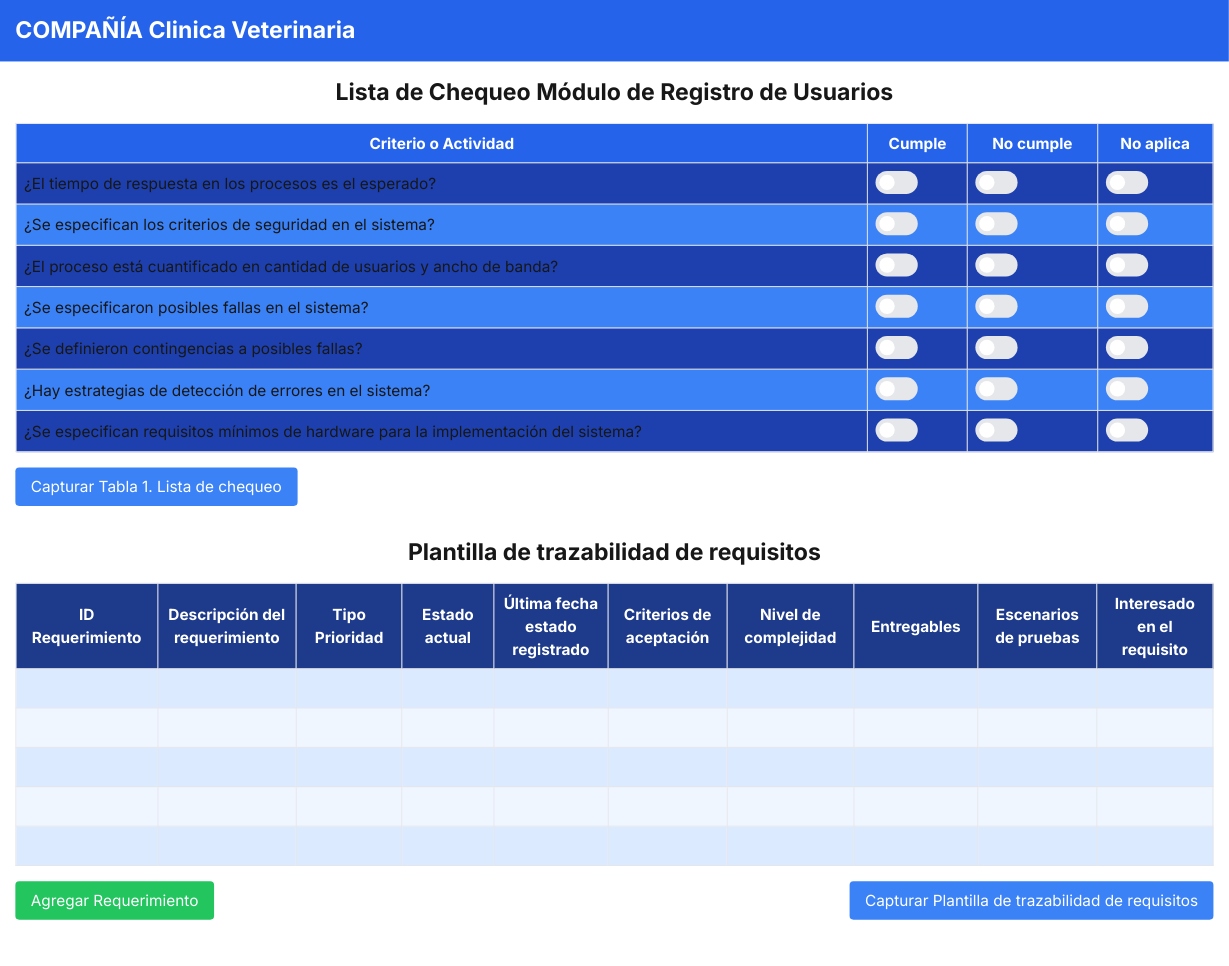
Repository: CiroAlfa/lista-de-Chequeo
Page: /
The author's editor kept a copy of each file at every save. The page is drawn from the files as they stood at one save, then again after the next save.
The browser window is 1280 px wide. The pictures show the whole page, at 96% of full size.
The project was rebuilt for these pictures with package versions that can differ from the ones it lists, and the page was loaded fresh each time. The framework's server and built-in components were replaced by stand-ins that run in the browser. Also part of the build but not shown: next.config.mjs.

Above is the page before, as saved 2024-09-27 13:14:40.

### src/app/layout.tsx
import './globals.css'
import type { Metadata } from 'next'
import { Inter } from 'next/font/google'

const inter = Inter({ subsets: ['latin'] })

export const metadata: Metadata = {
  title: 'Checklist App - Clinica Veterinaria',
  description: 'Aplicación de chequeo y trazabilidad de requisitos',
}

export default function RootLayout({
  children,
}: {
  children: React.ReactNode
}) {
  return (
    <html lang="es">
      <body className={inter.className}>
        <header className="bg-blue-600 text-white p-4">
          <h1 className="text-2xl font-bold">COMPAÑÍA Clinica Veterinaria</h1>
        </header>
        {children}
      </body>
    </html>
  )
}

### src/app/page.tsx
'use client'

import { useState } from 'react'
import { Switch } from '@headlessui/react'
import html2canvas from 'html2canvas'

interface ChecklistItem {
  id: number
  criteria: string
  cumple: boolean
  noCumple: boolean
  noAplica: boolean
}

interface RequirementItem {
  id: string
  description: string
  priority: string
  status: string
  lastUpdated: string
  acceptanceCriteria: string
  complexity: string
  deliverables: string
  testScenarios: string
  stakeholder: string
}

const initialChecklist: ChecklistItem[] = [
  { id: 1, criteria: '¿El tiempo de respuesta en los procesos es el esperado?', cumple: false, noCumple: false, noAplica: false },
  { id: 2, criteria: '¿Se especifican los criterios de seguridad en el sistema?', cumple: false, noCumple: false, noAplica: false },
  { id: 3, criteria: '¿El proceso está cuantificado en cantidad de usuarios y ancho de banda?', cumple: false, noCumple: false, noAplica: false },
  { id: 4, criteria: '¿Se especificaron posibles fallas en el sistema?', cumple: false, noCumple: false, noAplica: false },
  { id: 5, criteria: '¿Se definieron contingencias a posibles fallas?', cumple: false, noCumple: false, noAplica: false },
  { id: 6, criteria: '¿Hay estrategias de detección de errores en el sistema?', cumple: false, noCumple: false, noAplica: false },
  { id: 7, criteria: '¿Se especifican requisitos mínimos de hardware para la implementación del sistema?', cumple: false, noCumple: false, noAplica: false },
]

const initialRequirements: RequirementItem[] = Array(5).fill(null).map((_, index) => ({
  id: ``,
  description: '',
  priority: '',
  status: '',
  lastUpdated: '',
  acceptanceCriteria: '',
  complexity: '',
  deliverables: '',
  testScenarios: '',
  stakeholder: '',
}))

export default function Home() {
  const [checklist, setChecklist] = useState<ChecklistItem[]>(initialChecklist)
  const [requirements, setRequirements] = useState<RequirementItem[]>(initialRequirements)

  const handleChecklistChange = (id: number, field: 'cumple' | 'noCumple' | 'noAplica') => {
    setChecklist(checklist.map(item => {
      if (item.id === id) {
        const newItem = { ...item, [field]: !item[field] }
        if (newItem[field]) {
          newItem.cumple = field === 'cumple'
          newItem.noCumple = field === 'noCumple'
          newItem.noAplica = field === 'noAplica'
        }
        return newItem
      }
      return item
    }))
  }

  const handleRequirementChange = (id: string, field: keyof RequirementItem, value: string) => {
    setRequirements(requirements.map(item =>
      item.id === id ? { ...item, [field]: value } : item
    ))
  }

  const addRequirement = () => {
    const newId = `REQ00${requirements.length + 1}`
    setRequirements([...requirements, {
      id: newId,
      description: '',
      priority: '',
      status: '',
      lastUpdated: '',
      acceptanceCriteria: '',
      complexity: '',
      deliverables: '',
      testScenarios: '',
      stakeholder: '',
    }])
  }

  const captureScreenshot = async (elementId: string, fileName: string) => {
    const element = document.getElementById(elementId)
    if (element) {
      const canvas = await html2canvas(element)
      const image = canvas.toDataURL('image/png')
      const link = document.createElement('a')
      link.href = image
      link.download = fileName
      link.click()
    }
  }

  return (
    <main className="container mx-auto p-4">
      <div className="mb-8" id="checklist-table">
        <h2 className="text-2xl font-bold mb-4 text-center">Lista de Chequeo Módulo de Registro de Usuarios</h2>
        <table className="w-full border-collapse">
          <thead>
            <tr className="bg-blue-600 text-white">
              <th className="border p-2">Criterio o Actividad</th>
              <th className="border p-2">Cumple</th>
              <th className="border p-2">No cumple</th>
              <th className="border p-2">No aplica</th>
            </tr>
          </thead>
          <tbody>
            {checklist.map((item, index) => (
              <tr key={item.id} className={index % 2 === 0 ? 'bg-blue-800' : 'bg-blue-500'}>
                <td className="border p-2">{item.criteria}</td>
                <td className="border p-2">
                  <Switch
                    checked={item.cumple}
                    onChange={() => handleChecklistChange(item.id, 'cumple')}
                    className={`${item.cumple ? 'bg-blue-600' : 'bg-gray-200'} relative inline-flex h-6 w-11 items-center rounded-full`}
                  >
                    <span className={`${item.cumple ? 'translate-x-6' : 'translate-x-1'} inline-block h-4 w-4 transform rounded-full bg-white transition`} />
                  </Switch>
                </td>
                <td className="border p-2">
                  <Switch
                    checked={item.noCumple}
                    onChange={() => handleChecklistChange(item.id, 'noCumple')}
                    className={`${item.noCumple ? 'bg-blue-600' : 'bg-gray-200'} relative inline-flex h-6 w-11 items-center rounded-full`}
                  >
                    <span className={`${item.noCumple ? 'translate-x-6' : 'translate-x-1'} inline-block h-4 w-4 transform rounded-full bg-white transition`} />
                  </Switch>
                </td>
                <td className="border p-2">
                  <Switch
                    checked={item.noAplica}
                    onChange={() => handleChecklistChange(item.id, 'noAplica')}
                    className={`${item.noAplica ? 'bg-blue-600' : 'bg-gray-200'} relative inline-flex h-6 w-11 items-center rounded-full`}
                  >
                    <span className={`${item.noAplica ? 'translate-x-6' : 'translate-x-1'} inline-block h-4 w-4 transform rounded-full bg-white transition`} />
                  </Switch>
                </td>
              </tr>
            ))}
          </tbody>
        </table>
        <button
          onClick={() => captureScreenshot('checklist-table', 'lista-de-chequeo.png')}
          className="mt-4 bg-blue-500 text-white px-4 py-2 rounded hover:bg-blue-600 transition-colors"
        >
          Capturar Tabla 1. Lista de chequeo
        </button>
      </div>

      <div className="mb-8" id="requirements-table">
        <h2 className="text-2xl font-bold mb-4 text-center">Plantilla de trazabilidad de requisitos</h2>
        <table className="w-full border-collapse">
          <thead>
            <tr className="bg-blue-900 text-white">
              <th className="border p-2">ID Requerimiento</th>
              <th className="border p-2">Descripción del requerimiento</th>
              <th className="border p-2">Tipo Prioridad</th>
              <th className="border p-2">Estado actual</th>
              <th className="border p-2">Última fecha estado registrado</th>
              <th className="border p-2">Criterios de aceptación</th>
              <th className="border p-2">Nivel de complejidad</th>
              <th className="border p-2">Entregables</th>
              <th className="border p-2">Escenarios de pruebas</th>
              <th className="border p-2">Interesado en el requisito</th>
            </tr>
          </thead>
          <tbody>
            {requirements.map((item, index) => (
              <tr key={index} className={index % 2 === 0 ? 'bg-blue-100' : 'bg-blue-50'}>
                <td className="border p-2">
                  <input
                    type="text"
                    value={item.id}
                    onChange={(e) => handleRequirementChange(item.id, 'id', e.target.value)}
                    className="w-full bg-transparent"
                  />
                </td>
                <td className="border p-2">
                  <input
                    type="text"
                    value={item.description}
                    onChange={(e) => handleRequirementChange(item.id, 'description', e.target.value)}
                    className="w-full bg-transparent"
                  />
                </td>
                <td className="border p-2">
                  <input
                    type="text"
                    value={item.priority}
                    onChange={(e) => handleRequirementChange(item.id, 'priority', e.target.value)}
                    className="w-full bg-transparent"
                  />
                </td>
                <td className="border p-2">
                  <input
                    type="text"
                    value={item.status}
                    onChange={(e) => handleRequirementChange(item.id, 'status', e.target.value)}
                    className="w-full bg-transparent"
                  />
                </td>
                <td className="border p-2">
                  <input
                    type="text"
                    value={item.lastUpdated}
                    onChange={(e) => handleRequirementChange(item.id, 'lastUpdated', e.target.value)}
                    className="w-full bg-transparent"
                  />
                </td>
                <td className="border p-2">
                  <input
                    type="text"
                    value={item.acceptanceCriteria}
                    onChange={(e) => handleRequirementChange(item.id, 'acceptanceCriteria', e.target.value)}
                    className="w-full bg-transparent"
                  />
                </td>
                <td className="border p-2">
                  <input
                    type="text"
                    value={item.complexity}
                    onChange={(e) => handleRequirementChange(item.id, 'complexity', e.target.value)}
                    className="w-full bg-transparent"
                  />
                </td>
                <td className="border p-2">
                  <input
                    type="text"
                    value={item.deliverables}
                    onChange={(e) => handleRequirementChange(item.id, 'deliverables', e.target.value)}
                    className="w-full bg-transparent"
                  />
                </td>
                <td className="border p-2">
                  <input
                    type="text"
                    value={item.testScenarios}
                    onChange={(e) => handleRequirementChange(item.id, 'testScenarios', e.target.value)}
                    className="w-full bg-transparent"
                  />
                </td>
                <td className="border p-2">
                  <input
                    type="text"
                    value={item.stakeholder}
                    onChange={(e) => handleRequirementChange(item.id, 'stakeholder', e.target.value)}
                    className="w-full bg-transparent"
                  />
                </td>
              </tr>
            ))}
          </tbody>
        </table>
        <div className="mt-4 flex justify-between">
          <button
            onClick={addRequirement}
            className="bg-green-500 text-white px-4 py-2 rounded hover:bg-green-600 transition-colors"
          >
            Agregar Requerimiento
          </button>
          <button
            onClick={() => captureScreenshot('requirements-table', 'plantilla-trazabilidad-requisitos.png')}
            className="bg-blue-500 text-white px-4 py-2 rounded hover:bg-blue-600 transition-colors"
          >
            Capturar Plantilla de trazabilidad de requisitos
          </button>
        </div>
      </div>
    </main>
  )
}

Loaded but not shown: src/app/globals.css (common file); tailwind.config.ts (common file)

After the next save:
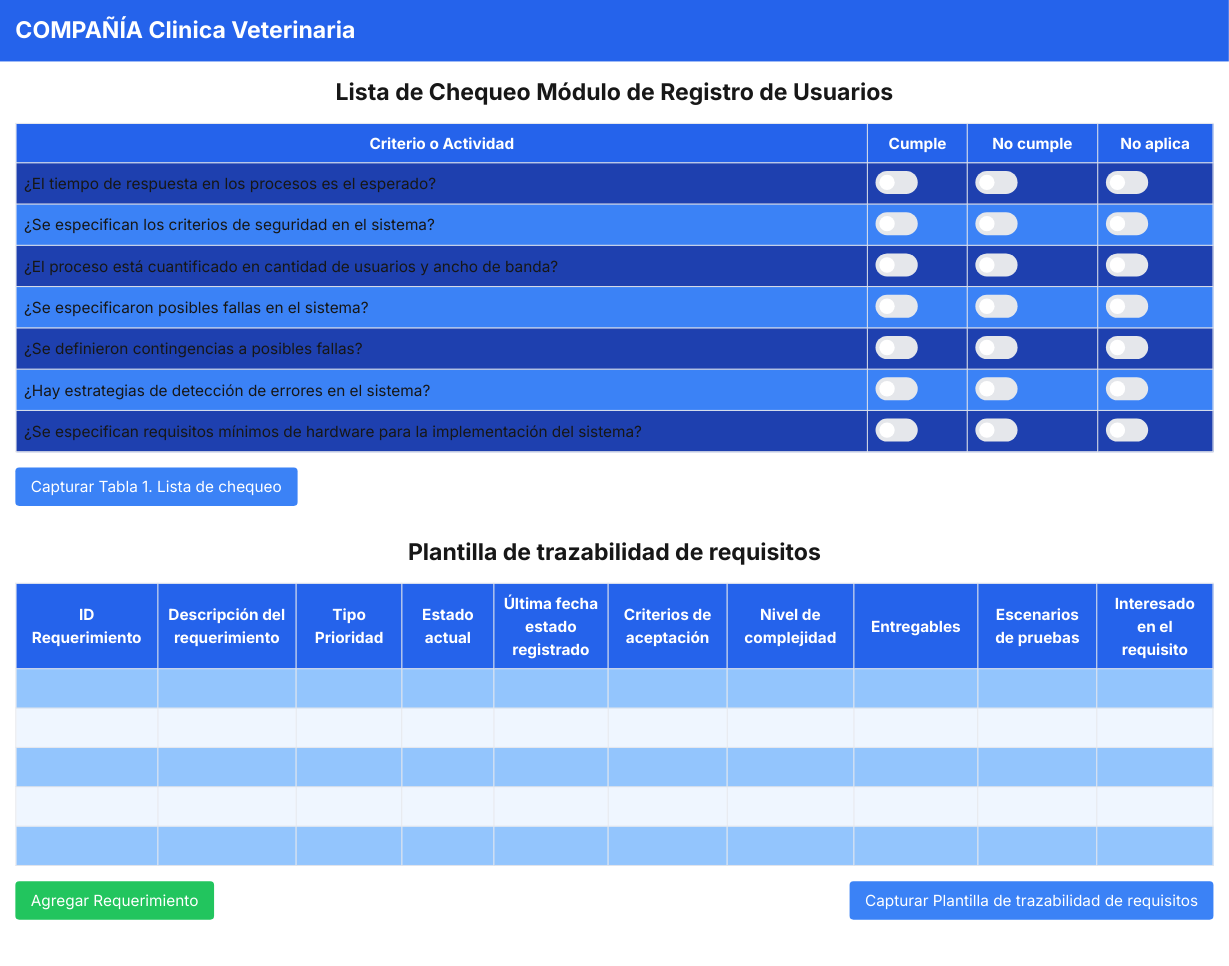
Saved 28 s later.
--- a/src/app/page.tsx
+++ b/src/app/page.tsx
@@ -161,7 +161,7 @@ export default function Home() {
         <h2 className="text-2xl font-bold mb-4 text-center">Plantilla de trazabilidad de requisitos</h2>
         <table className="w-full border-collapse">
           <thead>
-            <tr className="bg-blue-900 text-white">
+            <tr className="bg-blue-600 text-white">
               <th className="border p-2">ID Requerimiento</th>
               <th className="border p-2">Descripción del requerimiento</th>
               <th className="border p-2">Tipo Prioridad</th>
@@ -176,7 +176,7 @@ export default function Home() {
           </thead>
           <tbody>
             {requirements.map((item, index) => (
-              <tr key={index} className={index % 2 === 0 ? 'bg-blue-100' : 'bg-blue-50'}>
+              <tr key={index} className={index % 2 === 0 ? 'bg-blue-300' : 'bg-blue-50'}>
                 <td className="border p-2">
                   <input
                     type="text"
